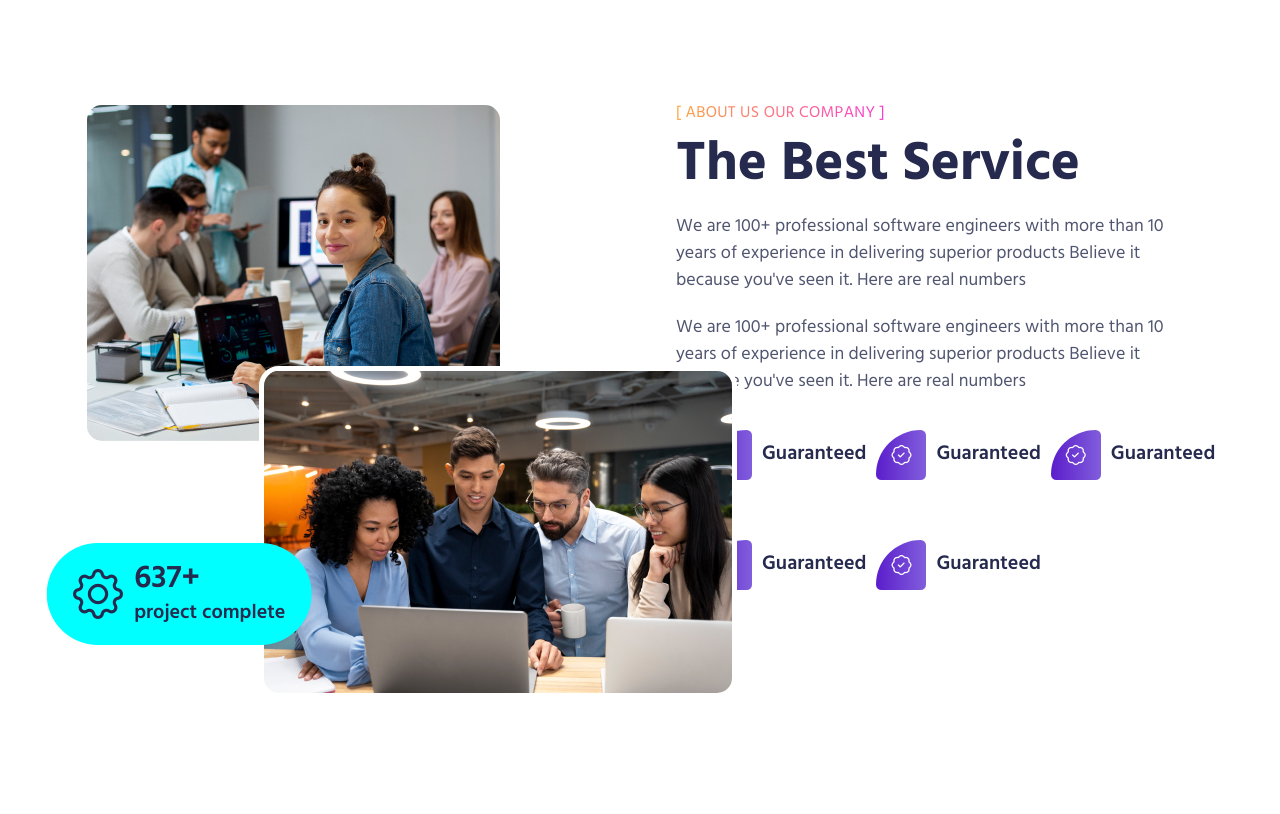
Repository: tagnam/mirehel2.0
Page: about.html
An editor plug-in stored every save of this project. The page is shown before and after a run of saves, followed by the edit.
The browser window is 1280 px wide. The pictures show the whole page.

Above is the page before, as saved 2025-02-03 12:33:45.

After the next 4 saves:
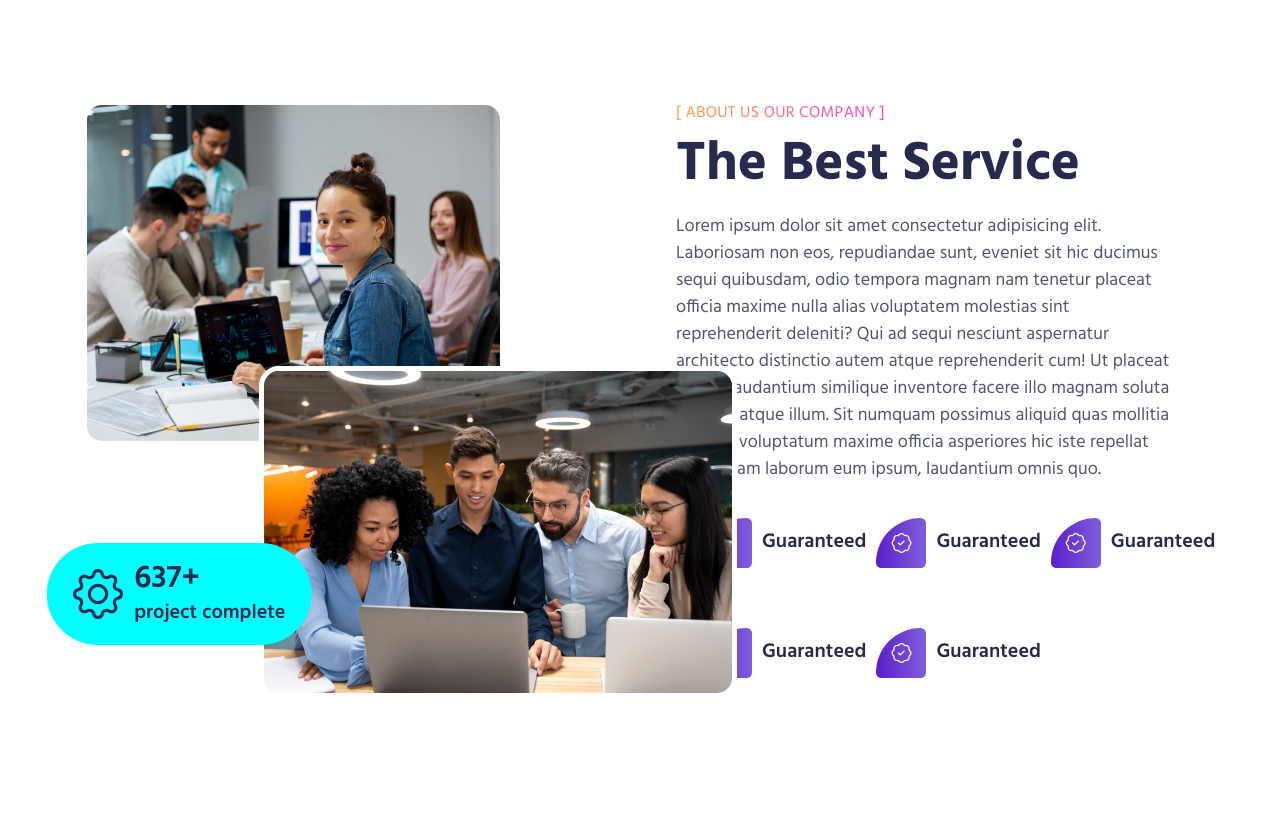
The 4 saves are shown as one change because they came seconds apart.
The last was saved 2 min 3 s later.
--- a/about.html
+++ b/about.html
@@ -44,9 +44,7 @@
 
 
                             <div class="about-text">
-                                <p>We are 100+ professional software engineers with more than 10 years of experience in delivering superior products Believe it because you've seen it. Here are real numbers</p>
-                                <p>We are 100+ professional software engineers with more than 10 years of experience in delivering superior products Believe it because you've seen it. Here are real numbers</p>
-
+                                <p>Lorem ipsum dolor sit amet consectetur adipisicing elit. Laboriosam non eos, repudiandae sunt, eveniet sit hic ducimus sequi quibusdam, odio tempora magnam nam tenetur placeat officia maxime nulla alias voluptatem molestias sint reprehenderit deleniti? Qui ad sequi nesciunt aspernatur architecto distinctio autem atque reprehenderit cum! Ut placeat itaque laudantium similique inventore facere illo magnam soluta quis ab, atque illum. Sit numquam possimus aliquid quas mollitia suscipit voluptatum maxime officia asperiores hic iste repellat laboriosam laborum eum ipsum, laudantium omnis quo.</p>
 
                         </div>
                     </div>
